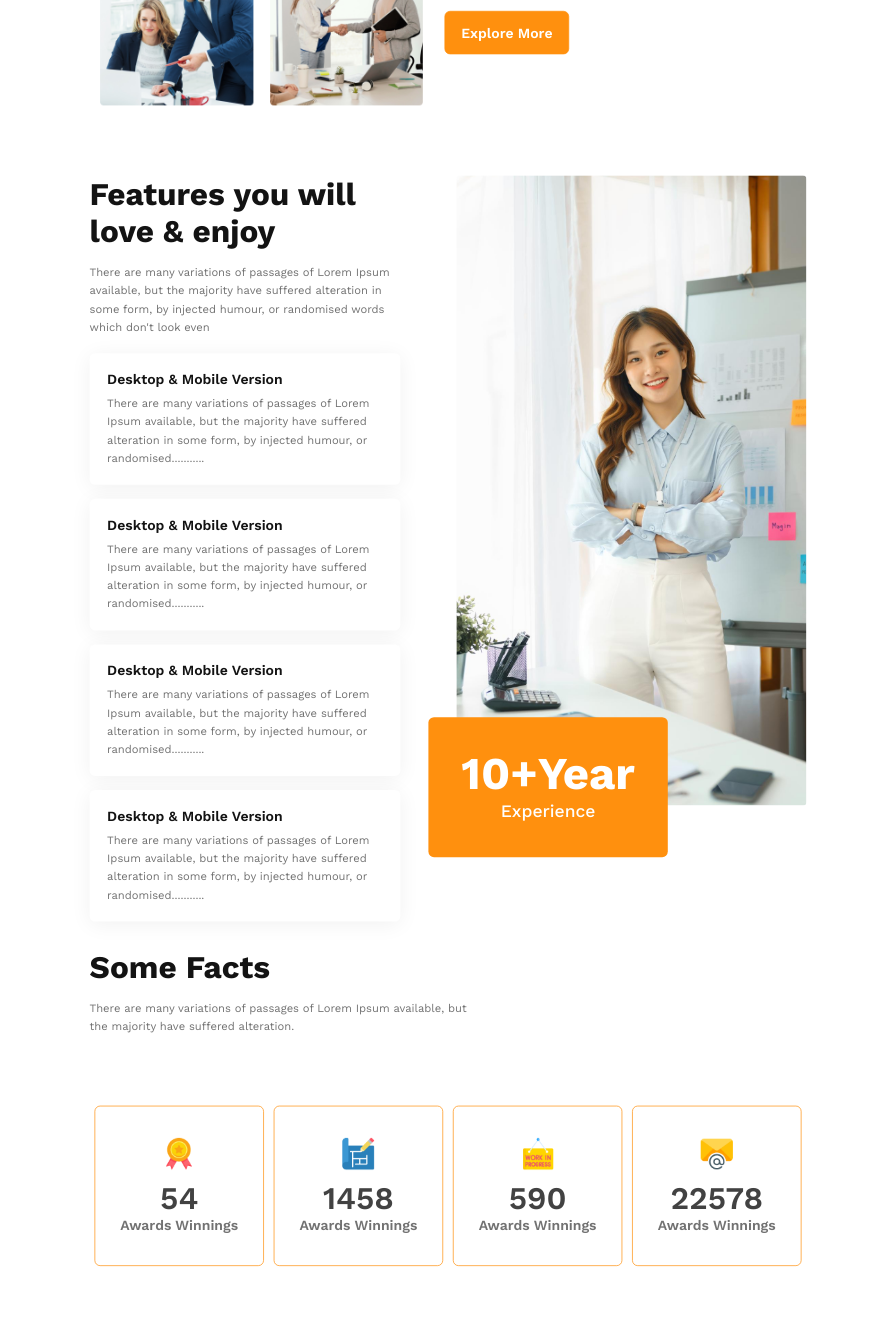
Repository: ShouravAhammed/G3-architects-webpage
Page: index.html
The author's editor kept a copy of each file at every save. The page is drawn from the files as they stood at one save, then again after the next save.
The browser window is 1280 px wide. The pictures show the part of the page from y = 1492 to 3412 px (the page is 3954 px tall before and 4148 px after), at 70% of full size.

Above is the page before, as saved 2024-01-13 18:10:22.

After the next save:
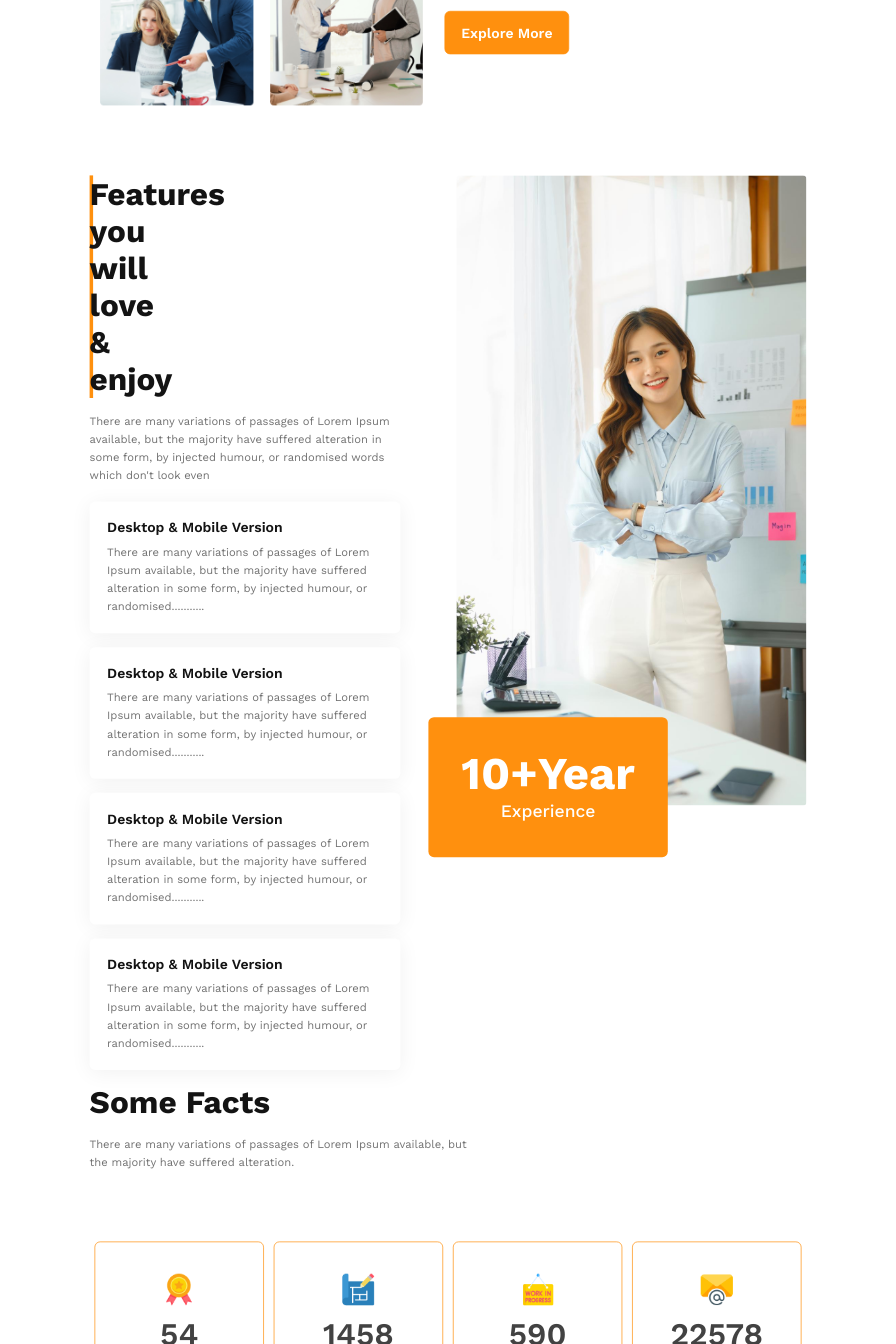
Saved 62 s later.
--- a/styles/style.css
+++ b/styles/style.css
@@ -139,6 +139,10 @@
     display: flex;
     gap: 80px;
 }
+.title-border{
+    width: 5px;
+    background: #FF900E;
+}
 .feature-card{
     border-radius: 8px;
     background: #FFF;
